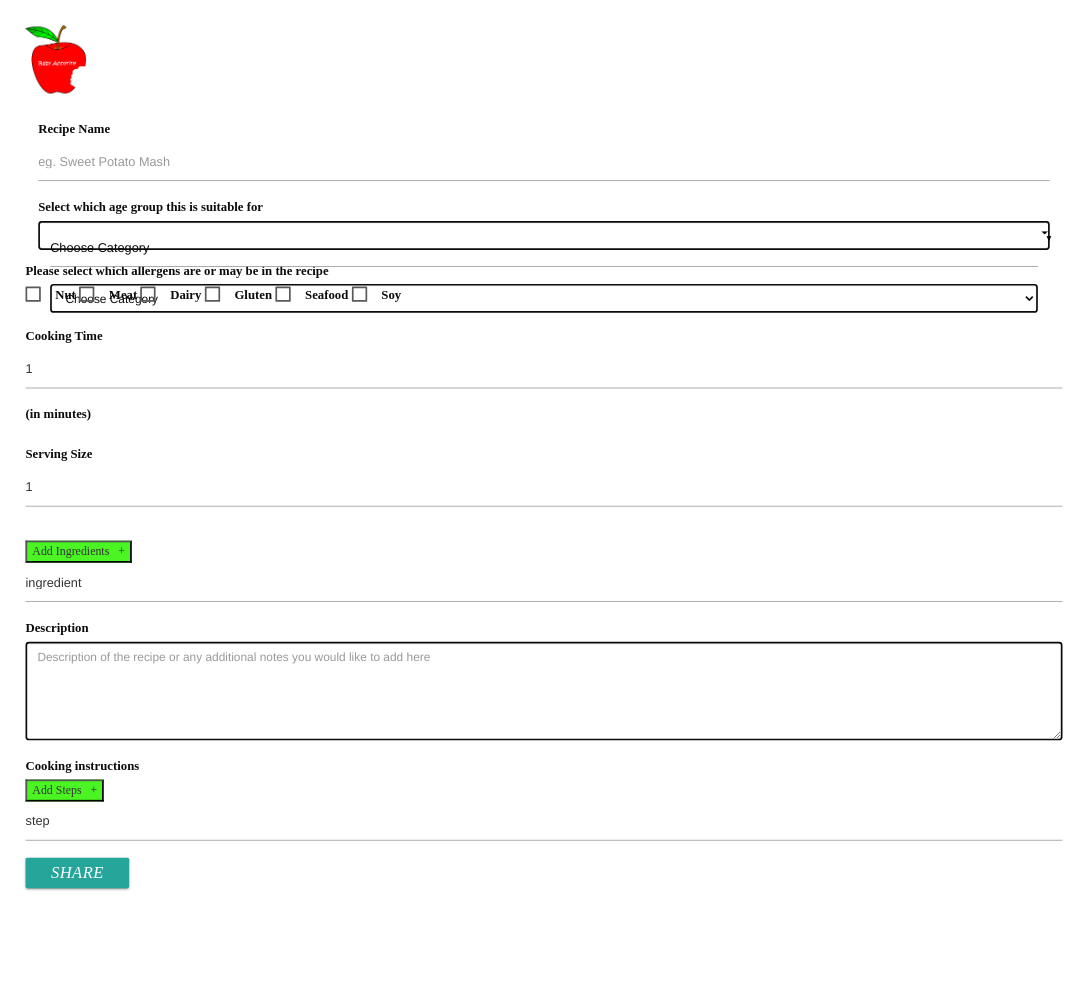
Repository: blueag8/babyappytite
Page: templates/testform.html
The author's editor kept a record of every edit. The page is drawn from the files as they stood at one moment, then again after the next edit.
The browser window is 1280 px wide. The pictures show the whole page, at 85% of full size.
Some web fonts or font styles are not loaded; a fallback is used. Some web libraries are served in a nearby version. The page is served by the project's application, run on Flask 3 (app.py). The template is opened directly, without the code that normally fills it, so the values that code supplies are empty.

Above is the page before.
Console error: ReferenceError: mongo is not defined

After the next edit:
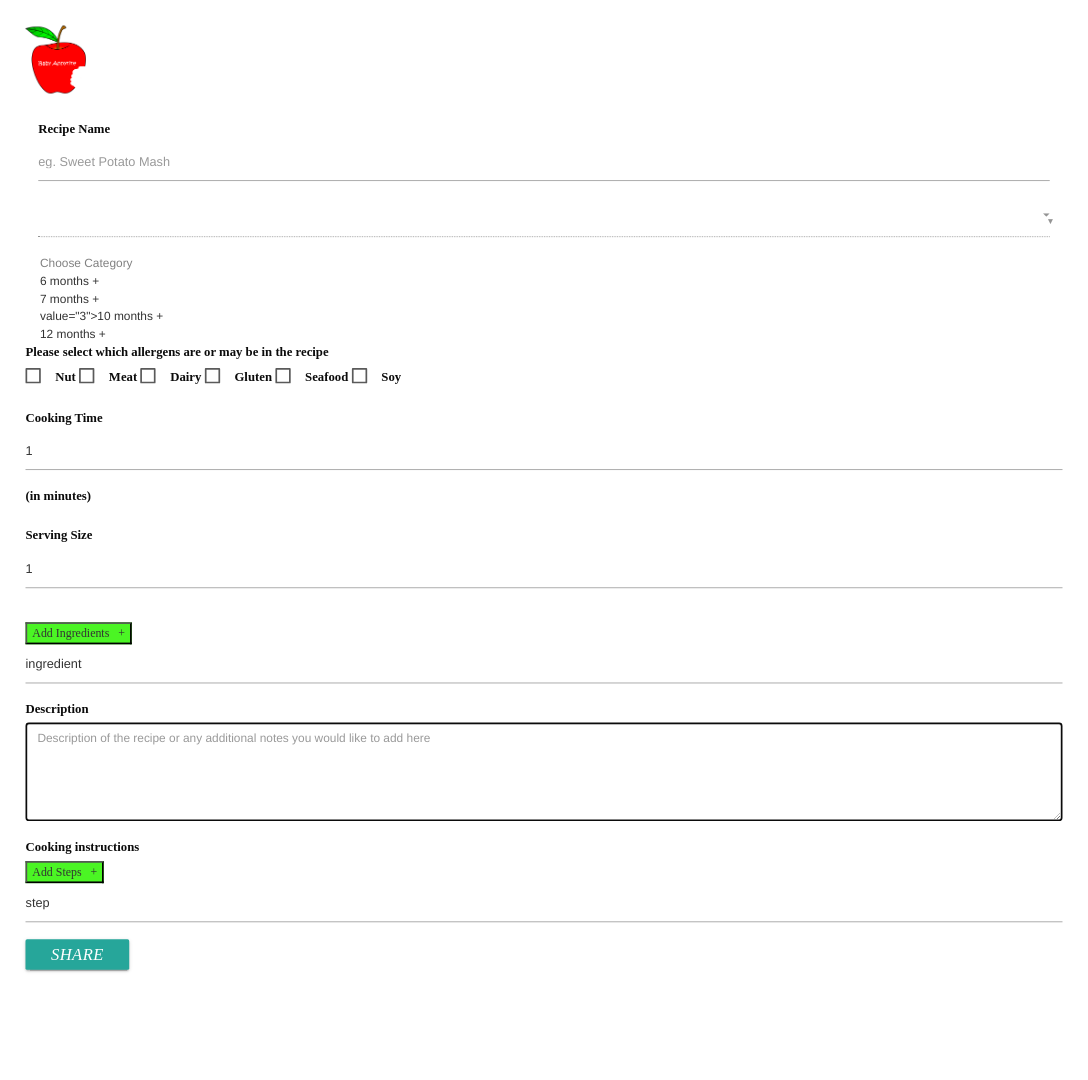
The edit:
--- a/templates/testform.html
+++ b/templates/testform.html
@@ -6,7 +6,8 @@
     <input type="text" class="form-control" id="recipe_name" name="recipe_name" placeholder="eg. Sweet Potato Mash">
   </div>
 
-<div class="form-group">
+<div class="input-field">
+    <select disabled>
     <label for="category_age">Select which age group this is suitable for</label>
     <select class="form-control" id="category_age" name="category_age">
       <option value="" disabled selected>Choose Category</option>
